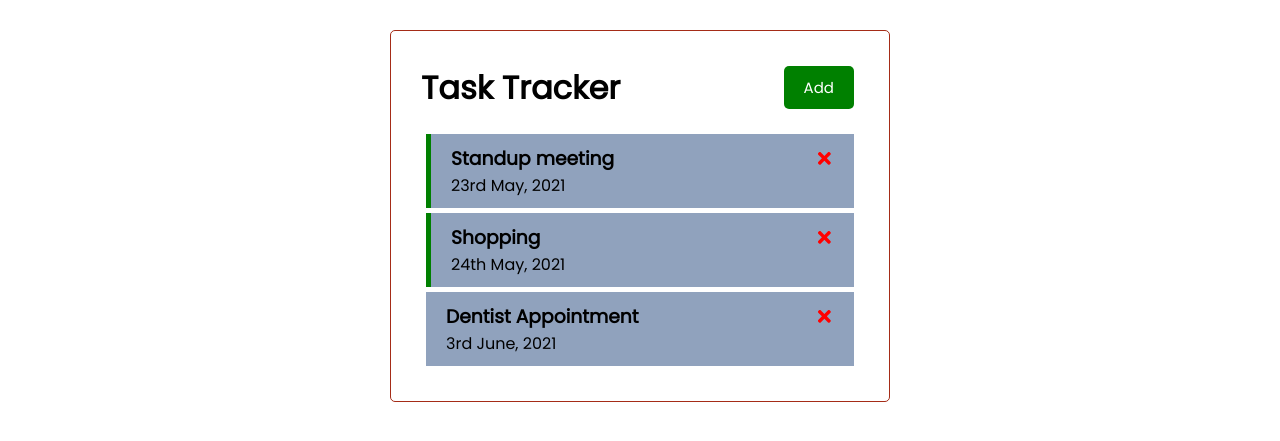
Repository: NIMRAH97/React-Strap-Test
Page: /
The author's editor kept a copy of each file at every save. The page is drawn from the files as they stood at one save, then again after the next save.
The browser window is 1280 px wide. The pictures show the whole page.
The project was rebuilt for these pictures with package versions that can differ from the ones it lists, and the page was loaded fresh each time. Also part of the build but not shown: src/components/AddTask.js.

Above is the page before, as saved 2021-05-22 23:36:25.

After the next save:
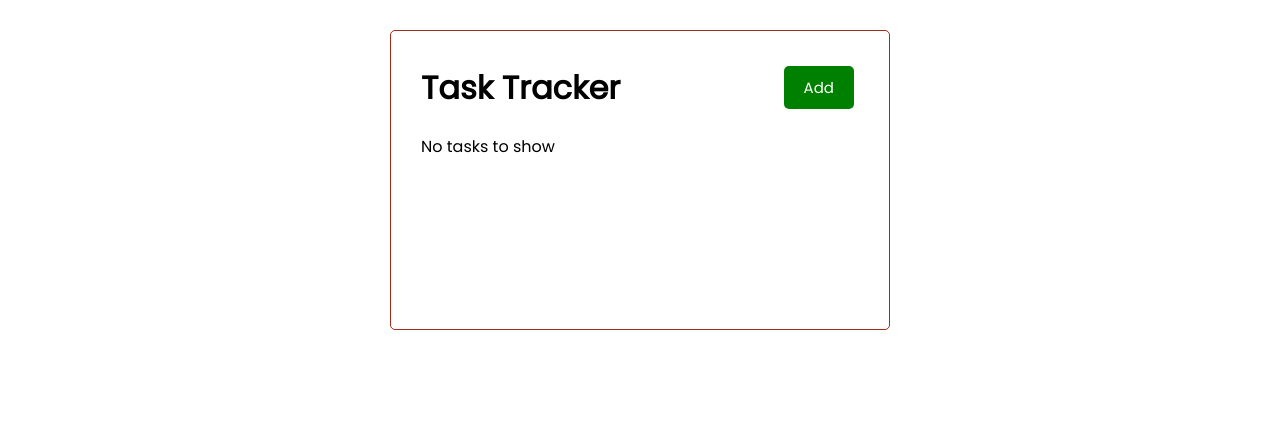
Saved 10 min 19 s later.
--- a/src/App.js
+++ b/src/App.js
@@ -6,30 +6,7 @@ import Tasks from './components/Tasks';
 
 const App = () => {
   const [showAddTask, setShowAddTask] = useState(false)
-  const [tasks, setTasks] = useState([
-    {
-      id: 1,
-      text: "Standup meeting",
-      day: '23rd May, 2021',
-      reminder: true
-
-    },
-    {
-      id: 2,
-      text: "Shopping",
-      day: '24th May, 2021',
-      reminder: true
-
-    },
-    {
-      id: 3,
-      text: "Dentist Appointment",
-      day: '3rd June, 2021',
-      reminder: false
-
-    }
-
-  ])
+  const [tasks, setTasks] = useState([])
   //add task
   const addTask = (task) => {
     const id = Math.floor(Math.random() * 10000) + 1
